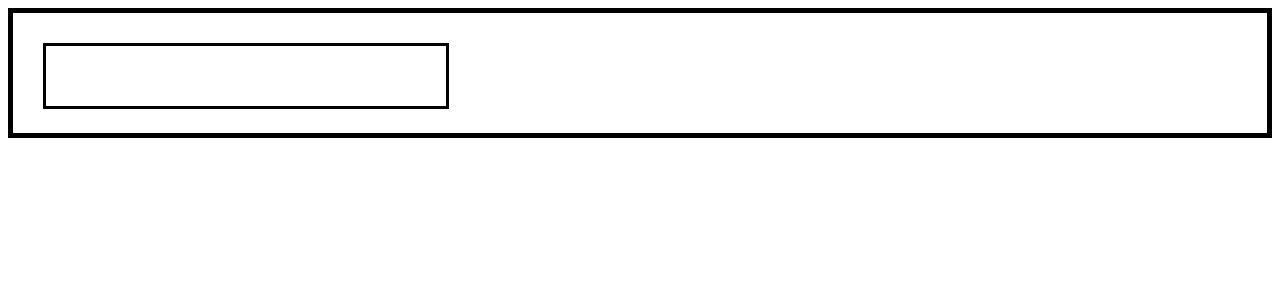
Repository: cartervandekamp/htmlstructure.mdia2003
Page: htmlstructure-psd/index.html
An editor plug-in stored every save of this project. The page is shown before and after the next save, followed by the edit.
The browser window is 1280 px wide. The pictures show the whole page.

Above is the page before, as saved 2023-01-16 17:57:09.

### htmlstructure-psd/index.html
<!DOCTYPE html>
<html lang="en">
<head>
    <title>Document</title>
    <link rel="stylesheet" href="style.css">
</head>
<body>
    <div class="toprow">
        <div class="topleft"></div>
        <div class="topmiddle"></div>
        <div class="topright"></div>
    </div>
    <div class="thinbar"></div>
    <div class="secondrow">
        <div class="secondleft"></div>
        <div class="secondmiddle"></div>
        <div class="secondright"></div>
    </div>
    <div class="middlecontent">
        <div class="middleleftone">
            <div class="titletextone"></div>
            <div class="bodytextone"></div>
            <div class="footerone"></div>
        </div>
        <div class="middlelefttwo">
            <div class="titletexttwo"></div>
            <div class="bodytexttwo"></div>
            <div class="footertwo"></div>
        </div>
    </div>
    <div class="middlerightone"></div>
    <div class="middlerighttwo"></div>
    <div class="middlerightthree"></div>
    <div class="middletextfour"></div>
<div class="footer">
    <div class="footertitle"></div>
    <div class="footercontent">
        <div class="footercontentone"></div>
        <div class="footercontenttwo"></div>
        <div class="footercontentthree"></div>
        <div class="footercontentfour"></div>
    </div>
    <div class="footerbottom"></div>
</div>

</body>
</html>

### htmlstructure-psd/style.css
body {
    border-style: solid;
    border-color: black;
    border-width: 2px;
}

.toprow {
    height: 120px;
    border-style: solid;
    border-color: black;
}

.topleft {
    height: 60px;
    width: 400px;
    margin: 30px;
    border-style: solid;
    border-color: black;
}

After the next save:
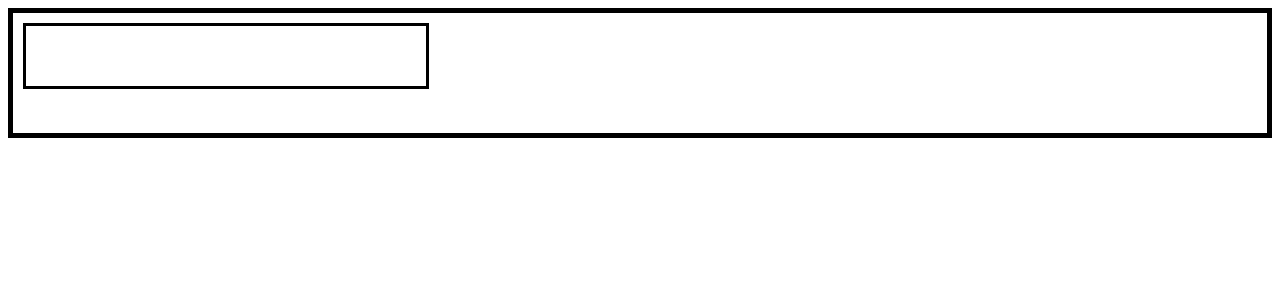
Saved 7 s later.
--- a/htmlstructure-psd/style.css
+++ b/htmlstructure-psd/style.css
@@ -13,7 +13,7 @@
 .topleft {
     height: 60px;
     width: 400px;
-    margin: 30px;
+    margin: 10px;
     border-style: solid;
     border-color: black;
 }

After the save that followed:
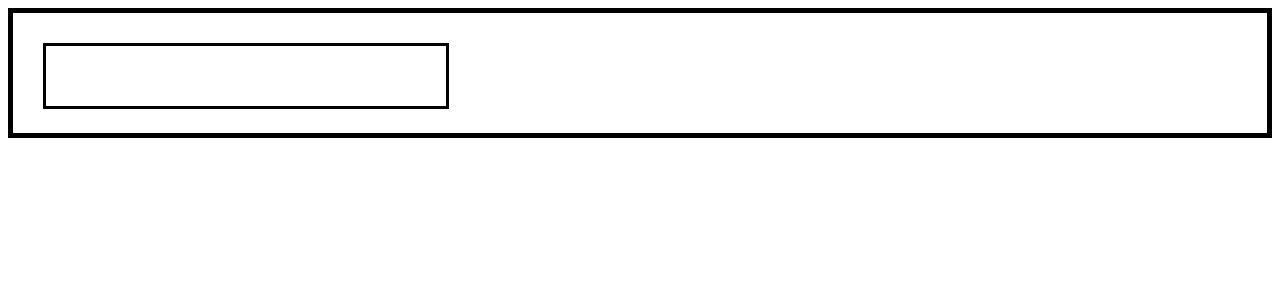
Saved 5 s later.
--- a/htmlstructure-psd/style.css
+++ b/htmlstructure-psd/style.css
@@ -13,7 +13,7 @@
 .topleft {
     height: 60px;
     width: 400px;
-    margin: 10px;
+    margin: 30px;
     border-style: solid;
     border-color: black;
 }
